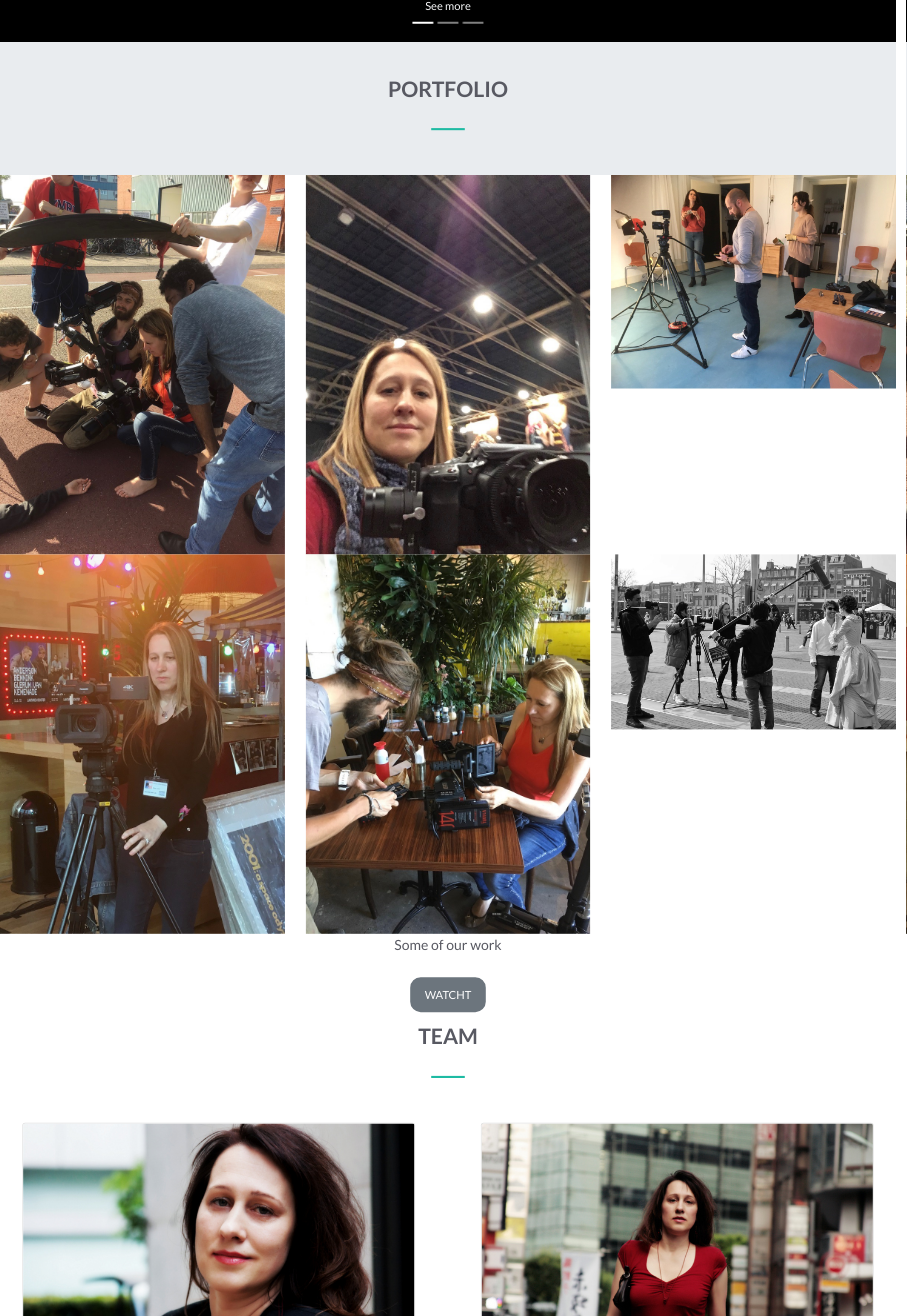
Repository: amorawskanew/My-first-website1
Page: index.html
The author's editor kept a record of every edit. The page is drawn from the files as they stood at one moment, then again after the next edit.
The browser window is 1280 px wide. The page is 1295 px wide, so the pictures cover 1295 px, including what lies to the right of the window. The pictures show the part of the page from y = 660 to 2540 px (the page is 3147 px tall before and 3227 px after), at 70% of full size.
Some web libraries are served in a nearby version.

Above is the page before.

After the next edit:
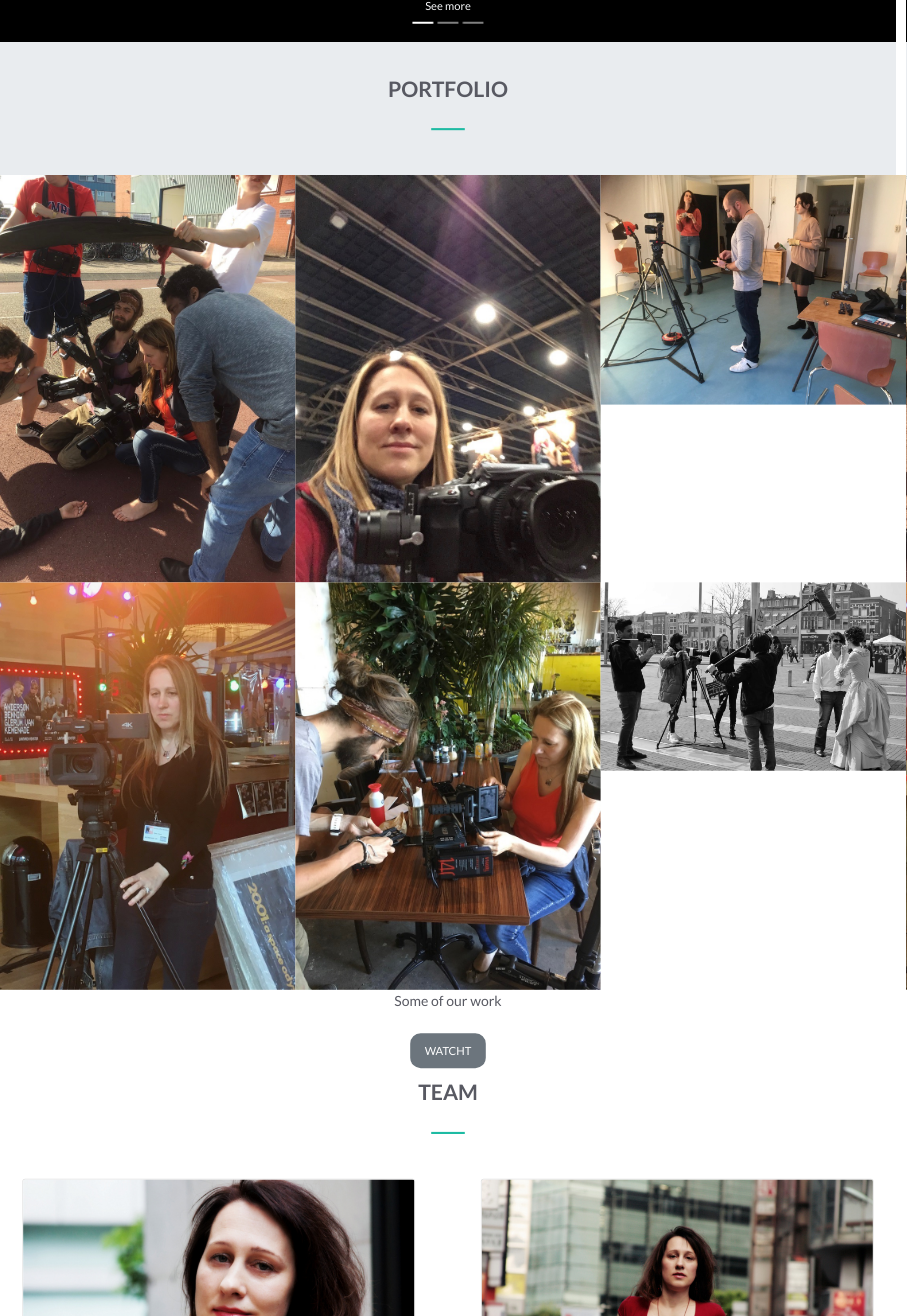
The edit:
--- a/style.css
+++ b/style.css
@@ -112,7 +112,7 @@
 }
 
 .no-padding .col-sm-4
-    .row {
+   {
         padding:0;
     }
 
